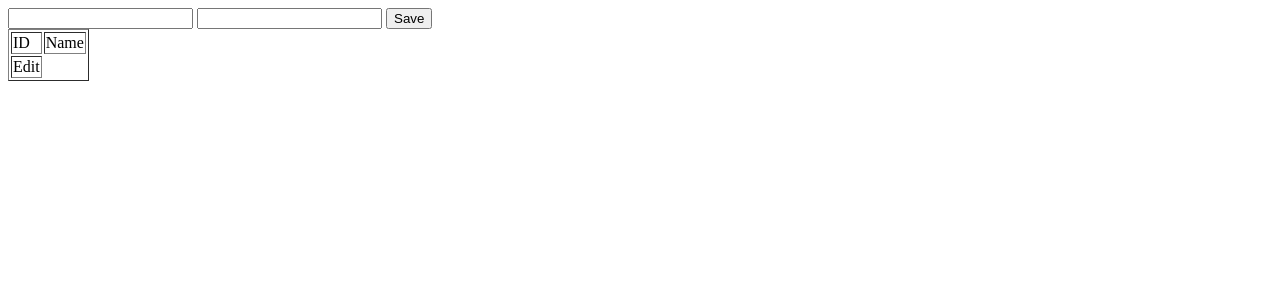
Repository: minhtuan16/JS-Basic
Page: JavaScript Begin/htmldom.html
These files come from the project's save history. The page is drawn as it stood at one moment and after the next save; the edit follows.
The browser window is 1280 px wide. The pictures show the whole page.

Above is the page before, as saved 2022-06-03 20:10:42.

### JavaScript Begin/htmldom.html
<!DOCTYPE html>
<html lang="en">
<head>
    <meta charset="UTF-8">
    <meta http-equiv="X-UA-Compatible" content="IE=edge">
    <meta name="viewport" content="width=device-width, initial-scale=1.0">
    <title>Document</title>
</head>
<body>
    <form action="" id="form">
        <input type="text" id="id" value="">
        <input type="text" id="name" value="">
        <button type="button" id="saveBtn" onclick="create()">Save</button>
    </form>
    <table border="1px">
        <tr>
            <td>ID</td>
            <td>Name</td>

        </tr>

        <tbody id="tableBody">
           <tr>
               <td>Edit</td>
           </tr>
        </tbody>
    </table>

    <script>
        var data = [
            {id:1, name:"P1"},
            {id:2, name:"P2"},
            {id:3, name:"P3"}
        ]

        function drawTr(person) {
            var tr = document.createElement("tr");
            var tdId = document.createElement("td");
            var tdName = document.createElement("td");

            tdId.innerHTML = person.id;
            tdName.innerHTML = person.name;

            tr.appendChild(tdId);
            tr.appendChild(tdName);

            var tableBody = document.getElementById("tableBody");
            tableBody.appendChild(tr);
        }

        function resetDrawTable(persons) {

            var tableBody = document.getElementById("tableBody");
            tableBody.innerHTML = "";

            for(var i = 0; i < persons.length; i++) {
                drawTr(persons[i]);
            }
        }

        //goi ham in ra toan bo mang
        // resetDrawTable(data);

        // doc du lieu tu form ben tren
        function create() {

            var idInput = document.getElementById("id");
            var nameInput = document.getElementById("name");
            // var saveInput = document.getElementById("saveBtn");

            var id = idInput.value;
            var name = nameInput.value;

            var p = {id: id, name: name};

            // data.push(p);
            var data1 = [];
            data1.push(p);

            resetDrawTable(data1);
        }
    </script>
</body>
</html>

After the next save:
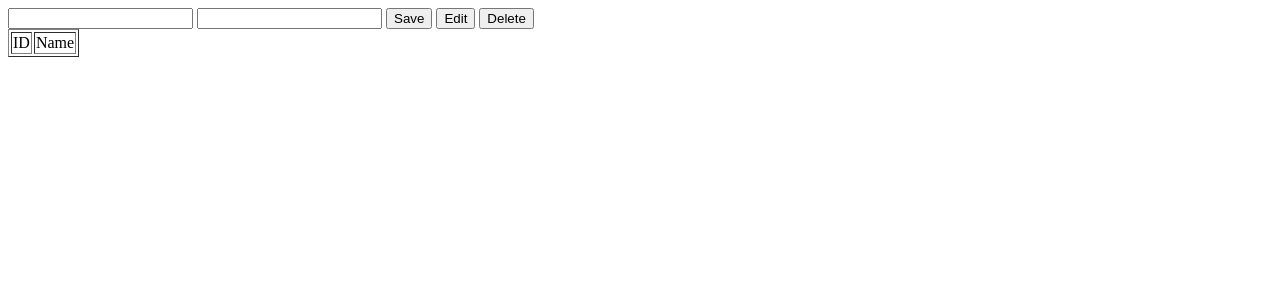
Saved 49 s later.
--- a/JavaScript Begin/htmldom.html
+++ b/JavaScript Begin/htmldom.html
@@ -11,6 +11,8 @@
         <input type="text" id="id" value="">
         <input type="text" id="name" value="">
         <button type="button" id="saveBtn" onclick="create()">Save</button>
+        <button type="button" id="saveBtn" onclick="create()">Edit</button>
+        <button type="button" id="saveBtn" onclick="create()">Delete</button>
     </form>
     <table border="1px">
         <tr>
@@ -20,9 +22,7 @@
         </tr>
 
         <tbody id="tableBody">
-           <tr>
-               <td>Edit</td>
-           </tr>
+
         </tbody>
     </table>
 
